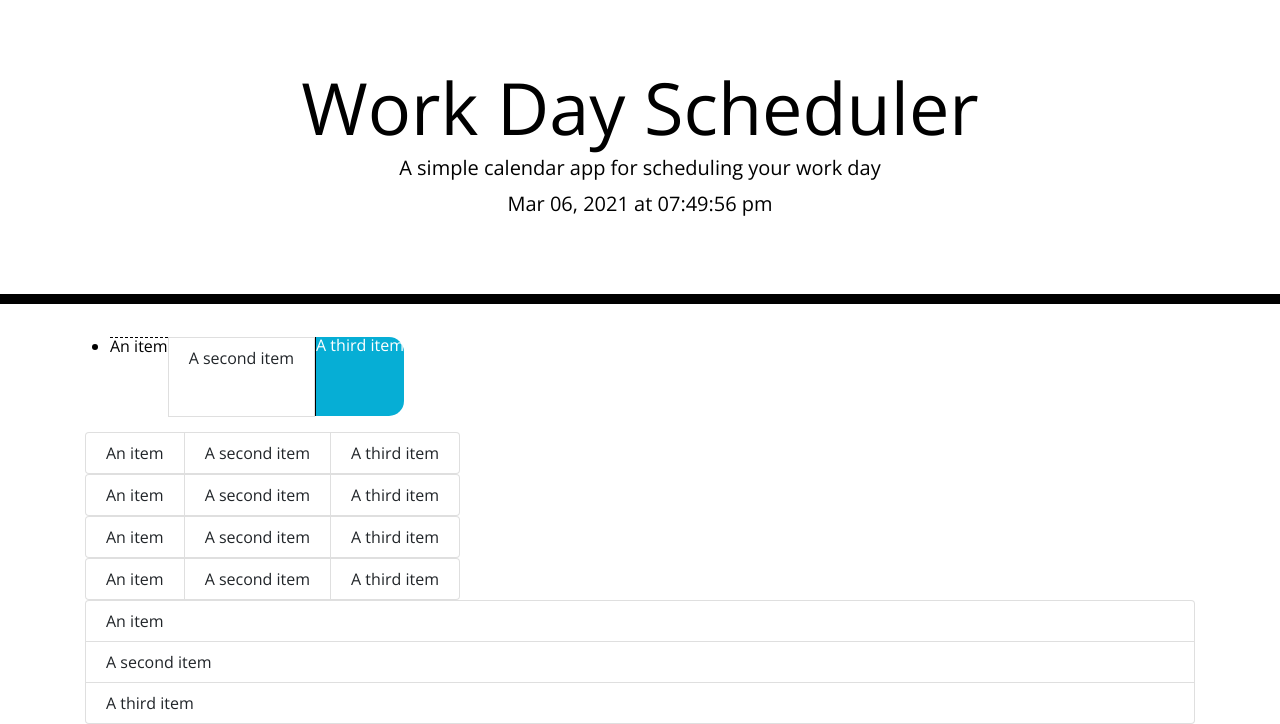
Repository: ziffoit/Work-Day_Scheduler
Page: Develop/index.html
The author's editor kept a copy of each file at every save. The page is drawn from the files as they stood at one save, then again after the next save.
The browser window is 1280 px wide. The pictures show the whole page.
Some web libraries are served in a nearby version.

Above is the page before, as saved 2021-03-16 17:09:43.

After the next save:
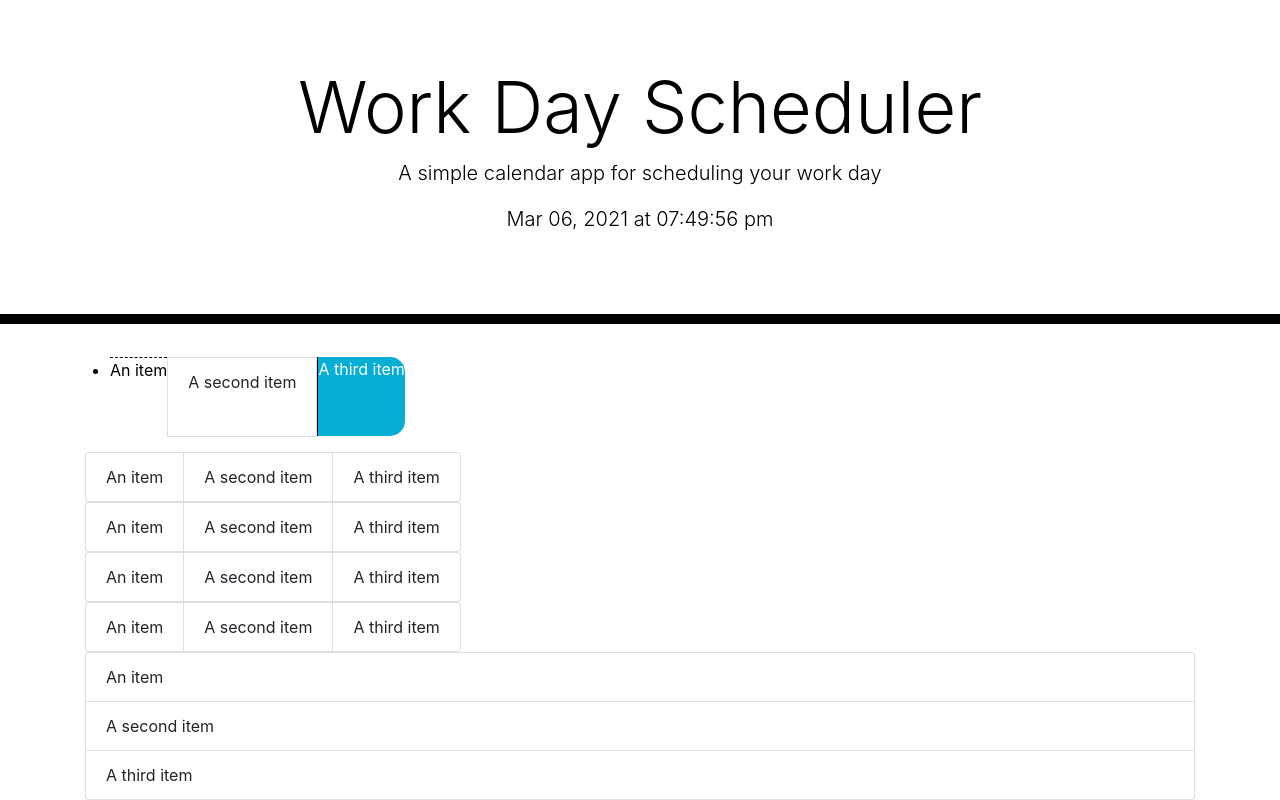
Saved 37 min 30 s later.
--- a/Develop/style.css
+++ b/Develop/style.css
@@ -1,10 +1,10 @@
-body {
-  font-family: 'Open Sans', sans-serif;
+hourbody {
+  font-family: "Open Sans", sans-serif;
   font-size: 16px;
   line-height: 1;
 }
 
-textarea{
+textarea {
   background: transparent;
   border: none;
   resize: none;
@@ -21,11 +21,11 @@ textarea{
   border-bottom: 10px solid black;
 }
 
-.description{
+.description {
   white-space: pre-wrap;
 }
 
-.time-block{
+.time-block {
   text-align: center;
   border-radius: 15px;
 }
@@ -33,7 +33,7 @@ textarea{
 .row {
   white-space: pre-wrap;
   height: 80px;
-  border-top: 1px solid white;;
+  border-top: 1px solid white;
 }
 
 .hour {
@@ -61,11 +61,11 @@ textarea{
   border-left: 1px solid black;
   border-top-right-radius: 15px;
   border-bottom-right-radius: 15px;
-  background-color: #06AED5;
+  background-color: #06aed5;
   color: white;
 }
 
 .saveBtn i:hover {
   font-size: 20px;
-  transition: all .3s ease-in-out;
+  transition: all 0.3s ease-in-out;
 }
